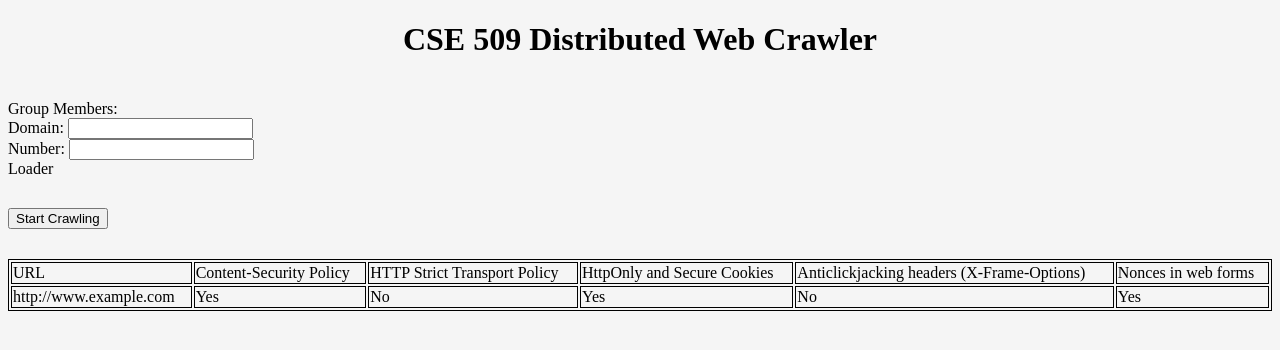
Repository: mfleish3/Crawler
Page: cse509/Crawling/WebContent/index.html
An editor plug-in stored every save of this project. The page is shown before and after the next save, followed by the edit.
The browser window is 1280 px wide. The pictures show the whole page.
Some web libraries are served in a nearby version.

Above is the page before, as saved 2015-11-07 22:54:13.

After the next save:
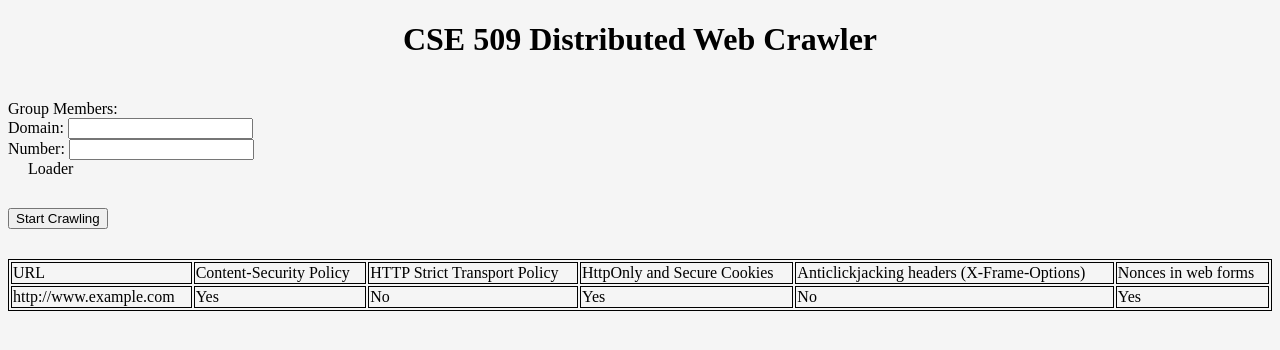
Saved 17 s later.
--- a/cse509/Crawling/WebContent/style/index.css
+++ b/cse509/Crawling/WebContent/style/index.css
@@ -24,8 +24,8 @@ td {
 	float: left;
 }
 
-#divInput, #loader {
-
+#loader {
+	padding-left:20px;
 }
 
 #divProjectHeader {
